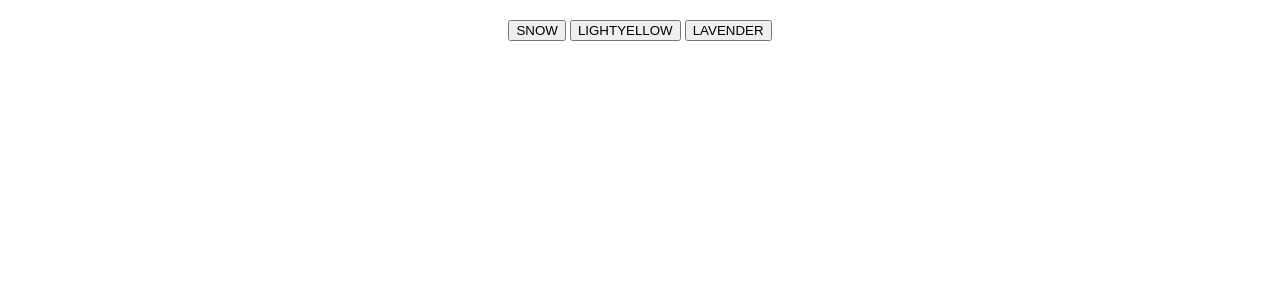
Repository: wjsjsn/23_webstudy
Page: 03_javascript/src/main/webapp/day02/Ex16_event.html
These files come from the project's save history. The page is drawn as it stood at one moment and after the next save; the edit follows.
The browser window is 1280 px wide. The pictures show the whole page.
After loading, the first visible `button[onclick="setLightYellow()"]` was clicked once.

Above is the page before, as saved 2023-06-28 07:08:13.

### 03_javascript/src/main/webapp/day02/Ex16_event.html
<!DOCTYPE html>
<html>
<head>
<meta charset="UTF-8">
<title>Insert title here</title>
<style type="text/css">
.box{
	border: 1px solid white;
	width: 200px;
	height: 200px;
	margin: auto;
	display: none;
}
</style>
<script type="text/javascript">
function setSnow() {
	var s = document.getElementById("box1").style.display = "block" ;
	document.getElementById("box1").innerHTML = s;
}

function setLightYellow() {

}

function setLavender() {

}
</script>
</head>
<body>
	<div style="margin: 20px; text-align: center ;">
		<button onclick="setSnow()">SNOW</button>
		<button onclick="setLightYellow()">LIGHTYELLOW</button>
		<button onclick="setLavender()">LAVENDER</button>
	</div>
	<div class="box" id="box1" style="background-color: snow">BOX1</div>
	<div class="box" id="box2" style="background-color: lightyellow">BOX2</div>
	<div class="box" id="box3" style="background-color: lavender">BOX3</div>
</body>
</html>

After the next save:
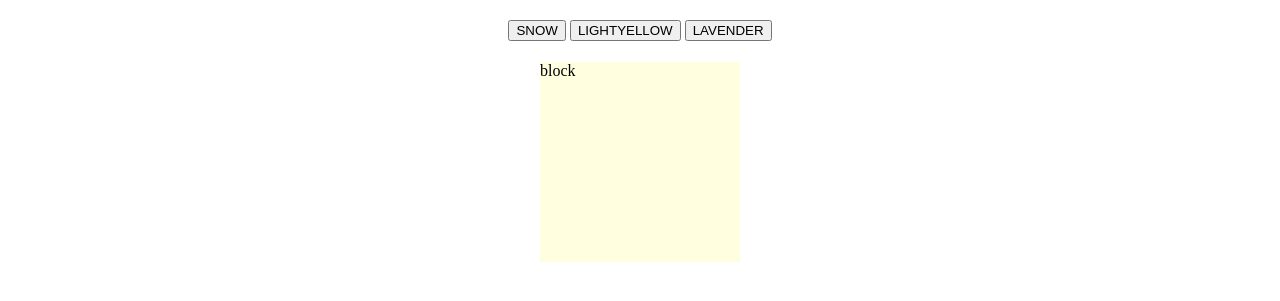
Saved 23 s later.
--- a/03_javascript/src/main/webapp/day02/Ex16_event.html
+++ b/03_javascript/src/main/webapp/day02/Ex16_event.html
@@ -19,11 +19,13 @@ function setSnow() {
 }
 
 function setLightYellow() {
-
+	var s = document.getElementById("box2").style.display = "block" ;
+	document.getElementById("box2").innerHTML = s;
 }
 
 function setLavender() {
-
+	var s = document.getElementById("box3").style.display = "block" ;
+	document.getElementById("box3").innerHTML = s;
 }
 </script>
 </head>
